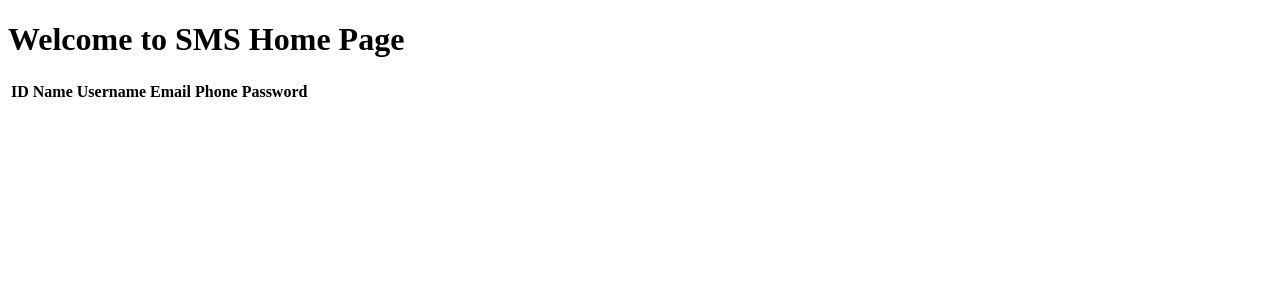
Repository: yhemachandra/ems
Page: http://localhost/ems/home.jsp
The author's editor kept a copy of each file at every save. The page is drawn from the files as they stood at one save, then again after the next save.
The browser window is 1280 px wide. The pictures show the whole page.
The page is served by Tomcat 9. Other server files are loaded and not shown. Queries for data that is not in the repository find no rows.

Above is the page before, as saved 2024-10-18 07:10:29.

### ems/src/main/webapp/home.jsp
<%@page import="java.sql.DriverManager"%>
<%@page import="java.sql.ResultSet"%>
<%@page import="java.sql.PreparedStatement"%>
<%@page import="java.sql.Connection"%>
<%@ page language="java" contentType="text/html; charset=UTF-8"
    pageEncoding="UTF-8"%>
<!DOCTYPE html>
<html>
<head>
<meta charset="UTF-8">
<title>Home Page</title>
</head>
<body>
	<%
	Connection c = null;
	PreparedStatement ps = null;
	ResultSet rs = null;
	try {
		Class.forName("com.mysql.cj.jdbc.Driver");
		c = DriverManager.getConnection("jdbc:mysql://localhost:3306/ems", "root", "root");
		ps = c.prepareStatement("select * from emp");
		rs = ps.executeQuery();
	} catch (Exception e) {
		e.printStackTrace();
	}
	%>
	<h1>Welcome to SMS Home Page </h1>
	<table>
		<thead>
			<tr>
				<th>ID</th>
				<th>Name</th>
				<th>Username</th>
				<th>Email</th>
				<th>Phone</th>
				<th>Password</th>
			</tr>
		</thead>
		<tbody>
			<%
			while(rs.next())
			{
			%>
			<tr>
				<td><%= rs.getInt(1) %></td>
				<td><%= rs.getString(2) %></td>
				<td><%= rs.getString(3) %></td>
				<td><%= rs.getString(4) %></td>
				<td><%= rs.getLong(5) %></td>
				<td><%= rs.getString(6) %></td>
			</tr>
			<%} %>
		</tbody>
	</table>
</body>
</html>

After the next save:
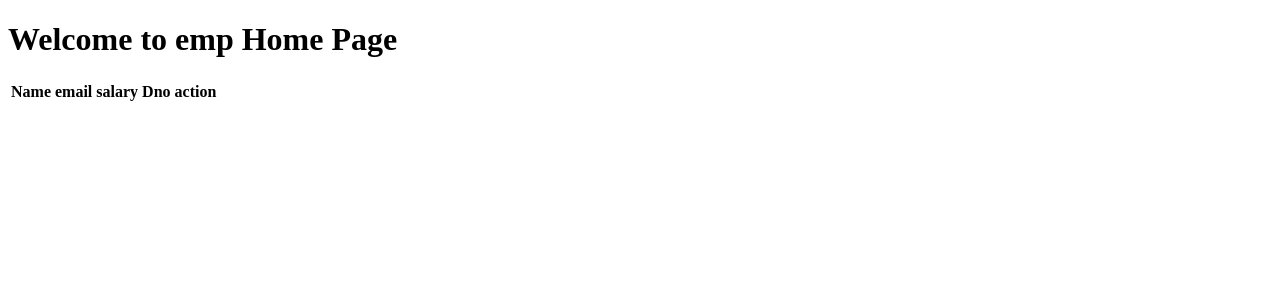
Saved 4 min 17 s later.
--- a/ems/src/main/webapp/home.jsp
+++ b/ems/src/main/webapp/home.jsp
@@ -24,16 +24,16 @@
 		e.printStackTrace();
 	}
 	%>
-	<h1>Welcome to SMS Home Page </h1>
+	<h1>Welcome to emp Home Page </h1>
 	<table>
 		<thead>
 			<tr>
-				<th>ID</th>
 				<th>Name</th>
-				<th>Username</th>
-				<th>Email</th>
-				<th>Phone</th>
-				<th>Password</th>
+				<th>email</th>
+				<th>salary</th>
+				<th>Dno</th>
+				<th>action</tph>
+
 			</tr>
 		</thead>
 		<tbody>
@@ -42,12 +42,11 @@
 			{
 			%>
 			<tr>
-				<td><%= rs.getInt(1) %></td>
+				<td><%= rs.getString(1) %></td>
 				<td><%= rs.getString(2) %></td>
-				<td><%= rs.getString(3) %></td>
-				<td><%= rs.getString(4) %></td>
-				<td><%= rs.getLong(5) %></td>
-				<td><%= rs.getString(6) %></td>
+				<td><%= rs.getDouble(3) %></td>
+				<td><%= rs.getInt(4) %></td>
+				<td><%= rs.getString(5) %></td>
 			</tr>
 			<%} %>
 		</tbody>
